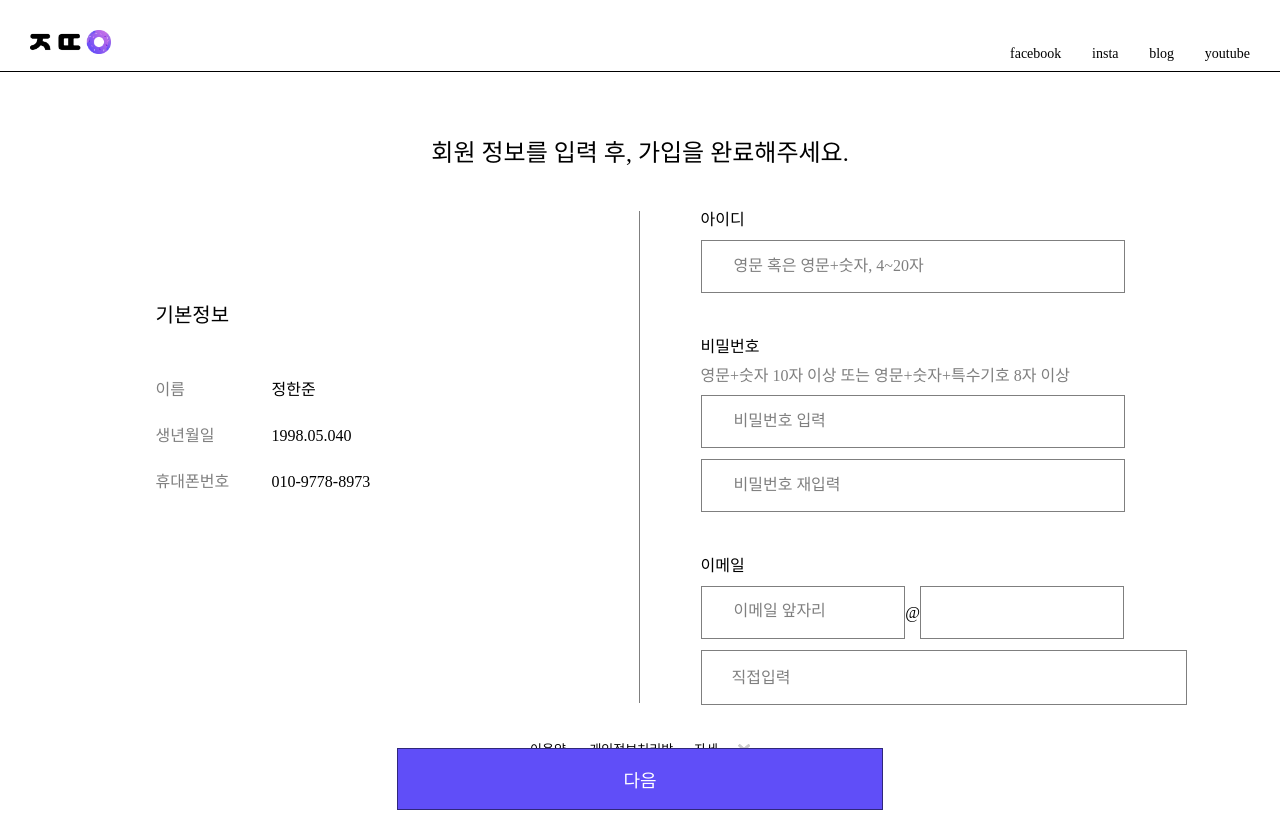
Repository: raoniee/Jaetteoli-React-Project
Page: /signup/begin
The author's editor kept a copy of each file at every save. The page is drawn from the files as they stood at one save, then again after the next save.
The browser window is 1280 px wide. The pictures show the whole page.
Some web fonts or font styles are not loaded; a fallback is used. The project was rebuilt for these pictures with package versions that can differ from the ones it lists, and the page was loaded fresh each time. Also part of the build but not shown: src/component/main/ManageReview.module.css, src/component/main/ReviewContainer.module.css, src/component/main/ReviewItem.module.css, src/component/main/ReviewItem.js, src/component/main/ReviewContainer.js, src/component/sidebar/SideBar.module.css, src/component/sidebar/SideBar.js, src/component/main/ManageReview.js and 53 more.

Above is the page before, as saved 2023-07-06 21:38:34.

After the next save:
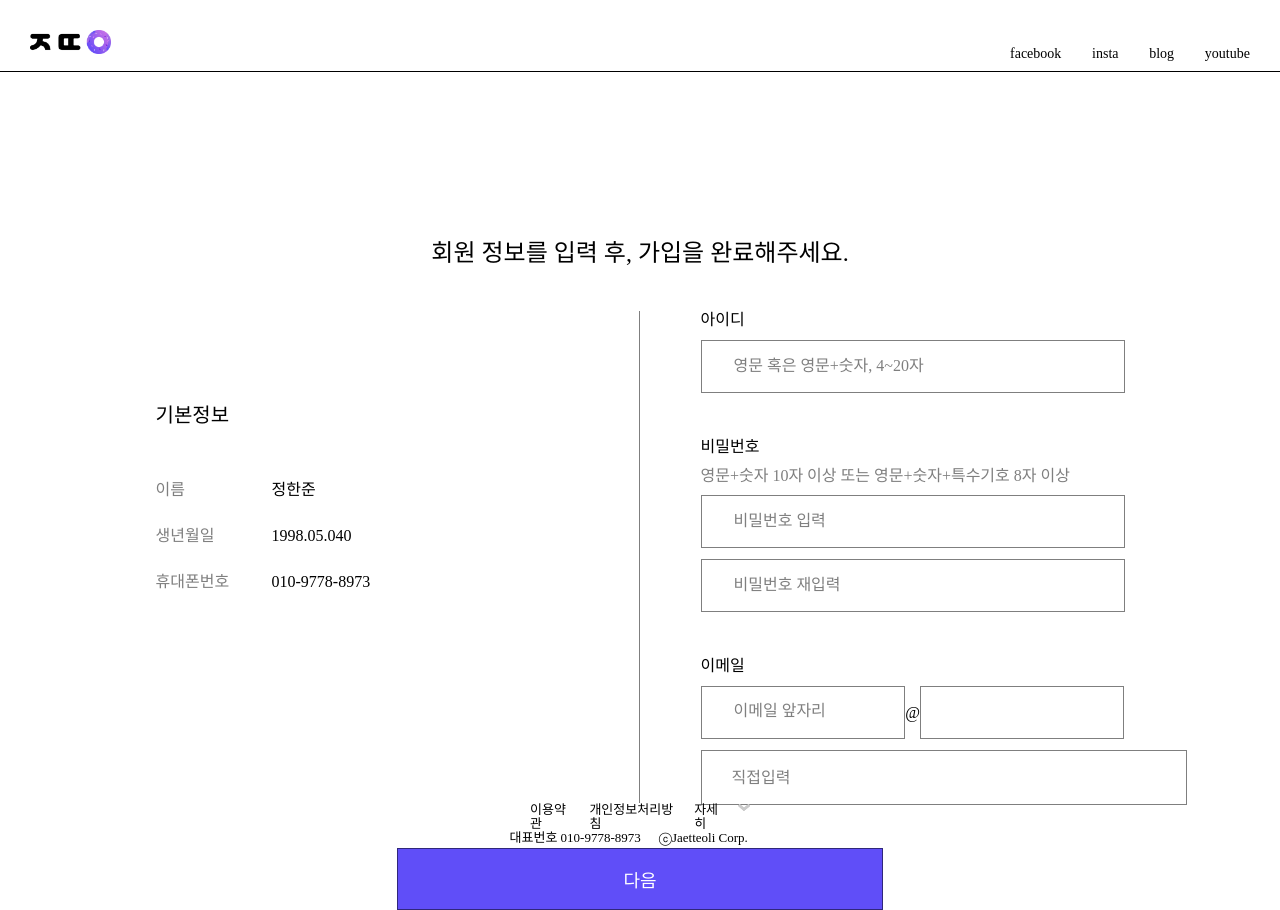
Saved 33 s later.
--- a/src/component/memberShip/MembershipInformation.module.css
+++ b/src/component/memberShip/MembershipInformation.module.css
@@ -5,8 +5,7 @@
 
 .MembershipInformation {
   margin: 0 auto;
-  margin-top: 140px;
-  margin-bottom: 40px;
+  margin-top: 240px;
 }
 
 .title {
@@ -144,4 +143,5 @@
   border: 1px solid rgba(0, 0, 0, 0.5);
   color: rgba(255, 255, 255, 1);
   margin-top: 45px;
+  margin-bottom: 45px;
 }
